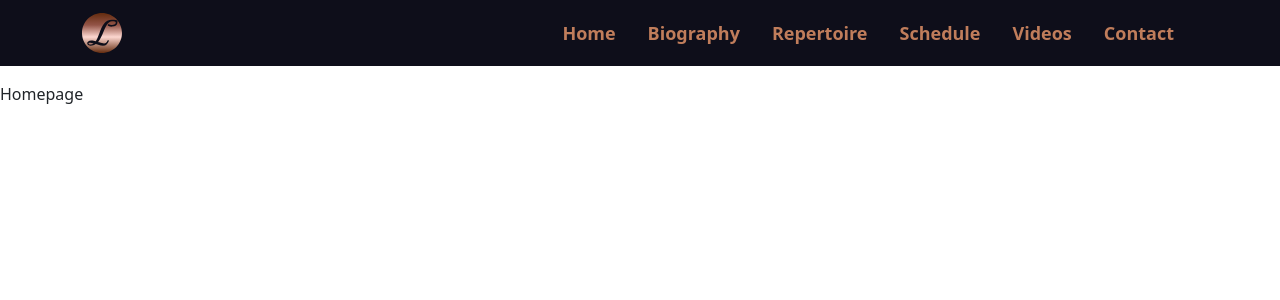
Repository: Luisossandoval/LuisHomePage
Page: /
An editor plug-in stored every save of this project. The page is shown before and after the next save, followed by the edit.
The browser window is 1280 px wide. The pictures show the whole page.
The project was rebuilt for these pictures with package versions that can differ from the ones it lists, and the page was loaded fresh each time. Also part of the build but not shown: src/App.css, src/pages/Repertoire/Repertoire.jsx, src/pages/Schedule/Schedule.jsx, src/pages/Videos/Videos.jsx, src/pages/Contact/Contact.jsx, src/pages/NotFoundPage/NotFoundPage.jsx. Imported but missing from the stored project, and not drawn on this page: src/pages/Biography/Biography.

Above is the page before, as saved 2024-10-17 18:35:30.

### src/App.js
import "./App.css";
import { Routes, Route } from "react-router-dom";
import AppLayout from "./layout/AppLayout";
import Homepage from "./pages/Homepage/Homepage";
import Biography from "./pages/Biography/Biography";
import Repertoire from "./pages/Repertoire/Repertoire";
import Schedule from "./pages/Schedule/Schedule";
import Videos from "./pages/Videos/Videos";
import Contact from "./pages/Contact/Contact";
import NotFoundPage from "./pages/NotFoundPage/NotFoundPage";
import "bootstrap/dist/css/bootstrap.min.css";
import "./style.scss";

function App() {
  return (
    <Routes>
      <Route path='/' element={<AppLayout />}>
        <Route index element={<Homepage />} />
        <Route path='biography' element={<Biography />} />
        <Route path='repertoire' element={<Repertoire />} />
        <Route path='schedule' element={<Schedule />} />
        <Route path='videos' element={<Videos />} />
        <Route path='contact' element={<Contact />} />
      </Route>
      <Route path='*' element={<NotFoundPage />} />
    </Routes>
  );
}

export default App;

### src/layout/AppLayout.js
import React from "react";
import Container from "react-bootstrap/Container";
import Nav from "react-bootstrap/Nav";
import Navbar from "react-bootstrap/Navbar";
import Offcanvas from "react-bootstrap/Offcanvas";
import styles from "./AppLayout.module.scss";
import { Outlet } from "react-router-dom";

const AppLayout = () => {
  return (
    <div>
      {["md"].map((expand) => (
        <Navbar
          key={expand}
          expand={expand}
          className={`mb-3 ${styles.navbar}`}
        >
          <Container>
            <Navbar.Brand href='/'>
              <img
                src='./images/logo.svg'
                alt='Luis Logo'
                className={styles.logo}
              />
            </Navbar.Brand>
            <Navbar.Toggle aria-controls={`offcanvasNavbar-expand-${expand}`} />
            <Navbar.Offcanvas
              id={`offcanvasNavbar-expand-${expand}`}
              aria-labelledby={`offcanvasNavbarLabel-expand-${expand}`}
              placement='end'
            >
              <Offcanvas.Header closeButton>
                <Offcanvas.Title id={`offcanvasNavbarLabel-expand-${expand}`}>
                  Luis Olivares Sandoval
                </Offcanvas.Title>
              </Offcanvas.Header>
              <Offcanvas.Body>
                <Nav
                  className={`justify-content-end flex-grow-1 pe-3 ${styles.menu_items}`}
                >
                  <Nav.Link href='/'>Home</Nav.Link>
                  <Nav.Link href='biography'>Biography</Nav.Link>
                  <Nav.Link href='repertoire'>Repertoire</Nav.Link>
                  <Nav.Link href='schedule'>Schedule</Nav.Link>
                  <Nav.Link href='videos'>Videos</Nav.Link>
                  <Nav.Link href='contact'>Contact</Nav.Link>
                </Nav>
              </Offcanvas.Body>
            </Navbar.Offcanvas>
          </Container>
        </Navbar>
      ))}
      <Outlet></Outlet>
    </div>
  );
};

export default AppLayout;

### src/style.scss
@import url("https://fonts.googleapis.com/css2?family=Noto+Sans:ital,wght@0,100..900;1,100..900&display=swap");

body {
  font-family: "Noto Sans", sans-serif;
  font-style: normal;
}

.navbar-toggler-icon {
  background: url("./images/ico_menu_toggle_open.svg");
}

### src/layout/AppLayout.module.scss
.navbar {
  background-color: #0e0e1a;
}

.logo {
  width: 40px;
}

.menu_items {
  a {
    margin-left: 1rem;
    color: #c07d5b;
    font-size: 18px;
    font-weight: 600;
  }
}

Loaded but not shown: public/index.html (common file); src/index.js (common file); src/index.css (common file); src/reportWebVitals.js (common file); src/pages/Homepage/Homepage.jsx (common file)

After the next save:
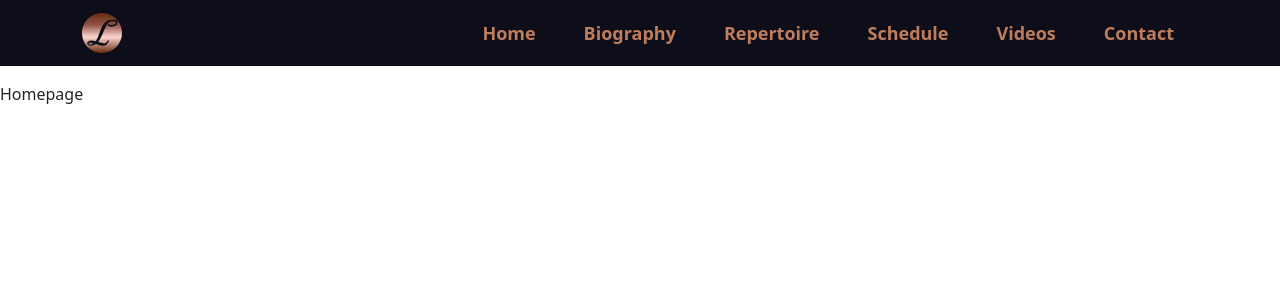
Saved 14 s later.
--- a/src/layout/AppLayout.module.scss
+++ b/src/layout/AppLayout.module.scss
@@ -8,7 +8,7 @@
 
 .menu_items {
   a {
-    margin-left: 1rem;
+    margin-left: 2rem;
     color: #c07d5b;
     font-size: 18px;
     font-weight: 600;
